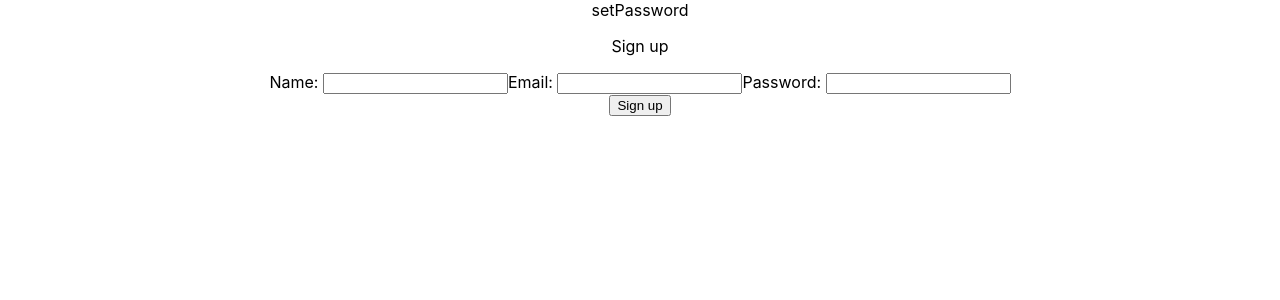
Repository: Rubin78/loginform
Page: /
These files come from the project's save history. The page is drawn as it stood at one moment and after the next save; the edit follows.
The browser window is 1280 px wide. The pictures show the whole page.
The project was rebuilt for these pictures with package versions that can differ from the ones it lists, and the page was loaded fresh each time. Also part of the build but not shown: src/loginform/loginform.js.

Above is the page before, as saved 2021-02-12 14:01:26.

After the next save:
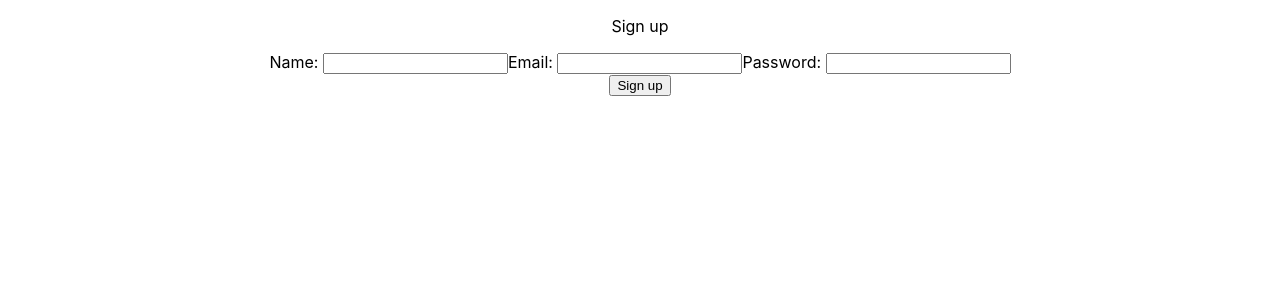
Saved 6 s later.
--- a/src/loginform/signupform.js
+++ b/src/loginform/signupform.js
@@ -26,7 +26,6 @@ const FormPage = () => {
     <MDBContainer>
       <MDBRow>
         <MDBCol md="6">
-          setPassword
           <form
             onSubmit={(e) => {
               submitHandler(e);
